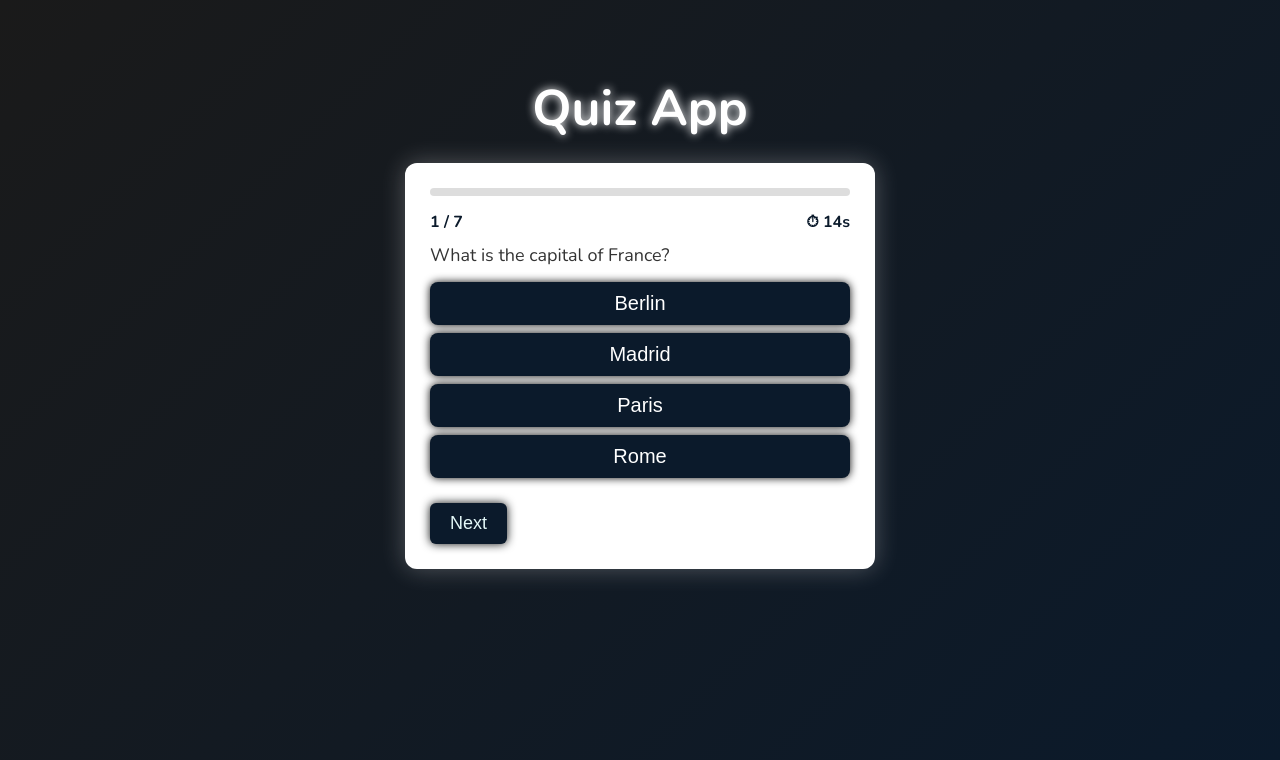
Repository: fatimaqueen9967-eng/SyntacexhubQuizApp
Page: index.html
An editor plug-in stored every save of this project. The page is shown before and after the next save, followed by the edit.
The browser window is 1280 px wide. The pictures show the whole page.
After loading, the first visible `#startBtn` was clicked once.

Above is the page before, as saved 2026-03-15 21:51:04.

### index.html
<!DOCTYPE html>
<html lang="en">
<head>
<meta charset="UTF-8">
<meta name="viewport" content="width=device-width, initial-scale=1.0">
<title>Quiz App</title>
<link rel="stylesheet" href="style.css">
</head>

<body>

<h1 class="title">Quiz App</h1>

<!-- START SCREEN -->

<div id="startScreen" class="start-screen">

<h2>Welcome to the Quiz</h2>

<p>Total Questions: <span id="totalQ"></span></p>
<p>Time per Question: 15 seconds</p>

<button id="startBtn">Start Quiz</button>

</div>

<!-- QUIZ BOX -->

<div class="box hidden">

<div class="progress-bar">
<div id="progress"></div>
</div>

<div class="top-bar">
<span id="counter"></span>
<span id="timer">⏱ 15s</span>
</div>

<div id="question"></div>

<div id="options" class="options"></div>

<div id="answer-info"></div>

<button id="nextBtn">Next</button>

</div>

<!-- RESULT -->

<div id="result" class="result-box hidden">

<div class="circle">
<span id="scorePercent">0%</span>
</div>

<h2>Quiz Result</h2>

<p id="correct"></p>
<p id="wrong"></p>

<button onclick="location.reload()" style="background-color: #f2eff5; color: rgb(8, 8, 8); padding: 10px 20px; border: none; border-radius: 6px; cursor: pointer; font-size: 18px; box-shadow: 0 0 10px rgba(243, 241, 241, 0.3);">Restart Quiz</button>

</div>

<script src="script.js"></script>

</body>
</html>

### style.css

@import url('https://fonts.googleapis.com/css2?family=Nunito:wght@400;600;700;800;900&display=swap');
body{
/* background:linear-gradient(135deg,#89039b,#83005c); */
background: linear-gradient(135deg, #1a1a1a, #0b1a2b);
/* #1a1a1a = dark gray, #0b1a2b = navy */
font-family:Nunito;
display:flex;
flex-direction:column;
align-items:center;
/* justify-content:center; */
min-height:100vh;
margin:0;
color:white;
padding-top: 40px;
}

/* TITLE */

.title{
margin-bottom:20px;
text-shadow:0 0 10px white;
font-size: 50px;
}


/* START SCREEN */

.start-screen{
background:rgba(255,255,255,0.1);
padding:40px;
border-radius:15px;
text-align:center;
box-shadow:0 0 25px rgba(255,255,255,0.4);
backdrop-filter:blur(10px);
animation:fadeIn 1s;
}

.start-screen button{
padding:12px 25px;
border:none;
border-radius:8px;
background:#fff;
color:#0d0d0e;
font-size: 20px;
font-weight:bold;
cursor:pointer;
box-shadow:0 0 15px white;
transition:.3s;
}

.start-screen button:hover{
transform:scale(1.1);
}

/* QUIZ BOX */

.box{
background:white;
color:#333;
width:420px;
max-width:95%;
padding:25px;
border-radius:12px;
box-shadow:0 0 25px rgba(231, 229, 229, 0.3);
animation:fadeIn .5s;
}

.hidden{
display:none;
}

/* PROGRESS BAR */

.progress-bar{
width:100%;
height:8px;
background:#ddd;
border-radius:10px;
overflow:hidden;
margin-bottom:15px;
}

#progress{
height:100%;
width:0%;
/* background:linear-gradient(90deg,#81045c,#6e0169); */
background: linear-gradient(90deg, #121312, #072424);
transition:width .4s;
}

/* TOP BAR */

.top-bar{
display:flex;
justify-content:space-between;
margin-bottom:10px;
font-weight:bold;
}

/* QUESTION */

#question{
font-size:18px;
margin-bottom:15px;
}

/* OPTIONS */

.options button{
display:block;
width:100%;
padding:10px;
margin:8px 0;
border:none;
border-radius:8px;
/* background:#ce2cff; */
color:white;
cursor:pointer;
transition:.3s;
font-size: 20px;
background: #0b1a2b;
/* color: #39ff14;      */
box-shadow: 0 0 8px #0c0c0c;
}

.options button:hover{
transform:scale(1.05);
background:#f3f1f3;
color:#0b1a2b;
box-shadow: 0 0 15px #0c0c0c;
}

/* ANSWERS */

.correct{
background:#1e436d !important;
/* color: #39ff14 !important; */
color: #e3f8f8 !important;
}

.wrong{
background:#e74c3c !important;
}

/* CORRECT ANSWER TEXT */

#answer-info{
margin-top:10px;
font-weight:bold;
color:#0b1a2b;
font-size: 20px;
}

/* NEXT BUTTON */

#nextBtn{
margin-top:15px;
padding:10px 20px;
background:#0b1a2b;
color: #e3f8f8;
  box-shadow: 0 0 10px #111313;

border:none;
border-radius:6px;
cursor:pointer;
font-size: 18px;
}
#nextBtn:hover {
  box-shadow: 0 0 20px #272526;
}


/* RESULT */

.result-box{
text-align:center;
background:rgb(8, 8, 8);
color:#f7f4f4;
padding:30px;
font-size: 18px;
border-radius:12px;
width:350px;
max-width:90%;
box-shadow:0 0 25px rgba(0,0,0,0.3);
}

.circle{
width:150px;
height:150px;
border-radius:50%;
border:12px solid #f0eff1;
display:flex;
align-items:center;
justify-content:center;
font-size:28px;
font-weight:bold;
margin:20px auto;
animation:pop .6s;
border: 10px solid #15142e;
  color: #eef3f3;
  box-shadow: 0 0 15px #f8f6f6;
}
#timer, #counter {
  /* color: #b514ff; */
 color: #0b1a2b;
}

/* ANIMATIONS */

@keyframes pop{
from{transform:scale(.5);opacity:0}
to{transform:scale(1)}
}

@keyframes fadeIn{
from{opacity:0;transform:translateY(20px)}
to{opacity:1}
}

/* RESPONSIVE */

@media(max-width:600px){

.box{
padding:20px;
}

#question{
font-size:16px;
}

.options button{
font-size:14px;
}

.circle{
width:120px;
height:120px;
font-size:22px;
}

}

### script.js
// Quiz Data
const quizData=[
{
question:"What is the capital of France?",
options:["Berlin","Madrid","Paris","Rome"],
answer:"Paris"
},
{
question:"Full form of HTML?",
options:["Hyper Text Markup Language","High Text Markup Language","Hyper Text Market Language","None"],
answer:"Hyper Text Markup Language"
},
{
question:"Founder of Microsoft?",
options:["Steve Jobs","Bill Gates","Mark Zuckerberg","Elon Musk"],
answer:"Bill Gates"
},
{
question:"Why do we use CSS?",
options:["To structure the content","To style the content","To add interactivity"],
answer:"To style the content"
},
{
question:"DOM stands for?",
options:["Document Object Model","Data Object Model","Document Oriented Model","Data Oriented Model"],
answer:"Document Object Model"
},
{
question:"What does CreateElement do in JavaScript?",
options:["Creates a new HTML element","Deletes an HTML element","Updates an HTML element"],
answer:"Creates a new HTML element"
},
{
question:"What is Bootstrap?",
options:["A CSS framework","A JavaScript library","A Python framework"],
answer:"A CSS framework"
}
]

// DOM Elements
let currentQuestion=0
let score=0
let wrong=0
let timer
let timeLeft=15

const startBtn=document.getElementById("startBtn")
const startScreen=document.getElementById("startScreen")
const totalQ=document.getElementById("totalQ")
const counter=document.getElementById("counter")

const questionEl=document.getElementById("question")
const optionsEl=document.getElementById("options")
const nextBtn=document.getElementById("nextBtn")
const timerEl=document.getElementById("timer")
const progress=document.getElementById("progress")
const answerInfo=document.getElementById("answer-info")

// Show total questions on start screen
totalQ.innerText=quizData.length

// Start Quiz
startBtn.onclick=()=>{
    startScreen.classList.add("hidden")
    document.querySelector(".box").classList.remove("hidden")
    loadQuestion()
}

// Load Question
function loadQuestion(){
    clearInterval(timer)
    timeLeft=15
    startTimer()

    let q=quizData[currentQuestion]
    questionEl.innerText=q.question
    optionsEl.innerHTML=""
    answerInfo.innerHTML=""

    // Progress bar
    progress.style.width=(currentQuestion/quizData.length)*100+"%"

    // Question counter
    counter.innerText=(currentQuestion+1)+" / "+quizData.length

    // Options buttons
    q.options.forEach(option=>{
        let btn=document.createElement("button")
        btn.innerText=option
        btn.onclick=()=>selectAnswer(btn,option,q.answer)
        optionsEl.appendChild(btn)
    })
}

// Timer Function
function startTimer(){
    timerEl.innerText="⏱ "+timeLeft+"s"
    timer=setInterval(()=>{
        timeLeft--
        timerEl.innerText="⏱ "+timeLeft+"s"
        if(timeLeft<=0){
            clearInterval(timer)
            showCorrectAnswer()
        }
    },1000)
}

// Select Answer
function selectAnswer(button,option,correct){
    clearInterval(timer)
    let buttons=document.querySelectorAll(".options button")
    buttons.forEach(btn=>btn.disabled=true)

    if(option===correct){
        button.classList.add("correct")
        score++
    }else{
        button.classList.add("wrong")
        wrong++
        showCorrectAnswer()
    }
}

// Show Correct Answer
function showCorrectAnswer(){
    let q=quizData[currentQuestion]
    let buttons=document.querySelectorAll(".options button")
    buttons.forEach(btn=>{
        if(btn.innerText===q.answer){
            btn.classList.add("correct")
        }
    })
    answerInfo.innerText="Correct Answer: "+q.answer
}

// Next Button
nextBtn.onclick=()=>{
    currentQuestion++
    if(currentQuestion<quizData.length){
        loadQuestion()
    }else{
        showResult()
    }
}

// Show Result
function showResult(){
    document.querySelector(".box").style.display="none"
    let result=document.getElementById("result")
    result.classList.remove("hidden")

    let percent=Math.round((score/quizData.length)*100)
    document.getElementById("scorePercent").innerText=percent+"%"
    document.getElementById("correct").innerText="Correct Answers: "+score
    document.getElementById("wrong").innerText="Wrong Answers: "+wrong
}

After the next save:
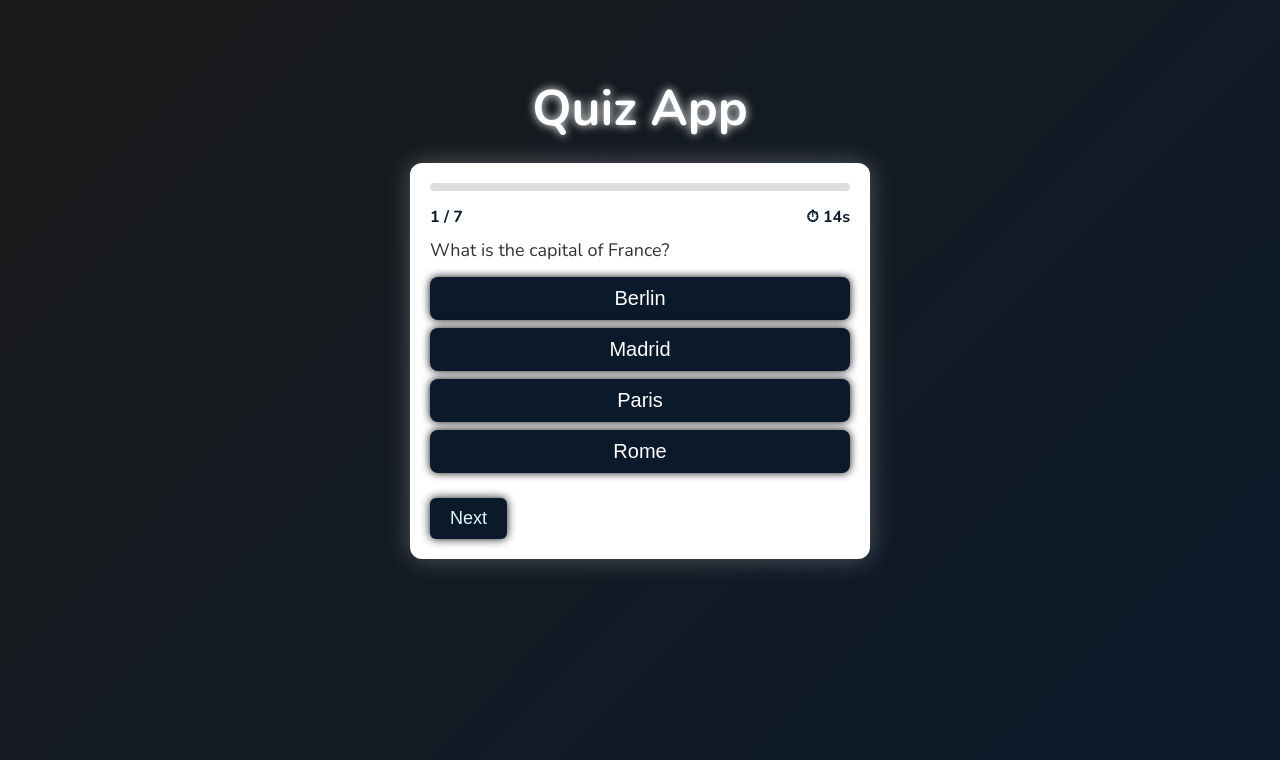
Saved 5 s later.
--- a/style.css
+++ b/style.css
@@ -60,7 +60,7 @@ background:white;
 color:#333;
 width:420px;
 max-width:95%;
-padding:25px;
+padding:20px;
 border-radius:12px;
 box-shadow:0 0 25px rgba(231, 229, 229, 0.3);
 animation:fadeIn .5s;
